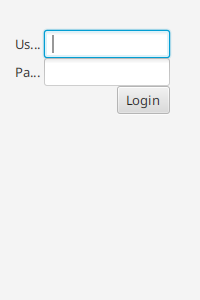
Repository: Tomcat-Seaotter/Java
Program's window: java code14/Lesson41/src/code14/Lesson43.java
These files come from the project's save history. The program's window is drawn as it stood at one moment and after the next save; the edit follows.
It runs on Java 21 on a 1366 x 768 screen with JavaFX 11; the title bar is not drawn.

Above is the program's window before, as saved 2018-12-24 03:03:26.

After the next save:
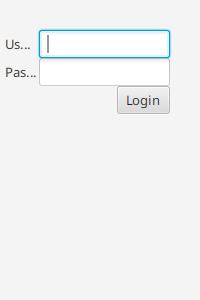
Saved 23 s later.
--- a/code14/Lesson41/src/code14/Lesson43.java
+++ b/code14/Lesson41/src/code14/Lesson43.java
@@ -16,7 +16,7 @@
 	public void start(Stage stage) throws Exception {
 		// TODO Auto-generated method stub
 		GridPane pane1 = new GridPane();
-		pane1.setPadding(new Insets(30,30,15,15));
+		pane1.setPadding(new Insets(30,30,5,5));
 		Label lab1 = new Label("UserName");
 		Label lab2 = new Label("Passowrd");
 		TextField tx1 = new TextField();
